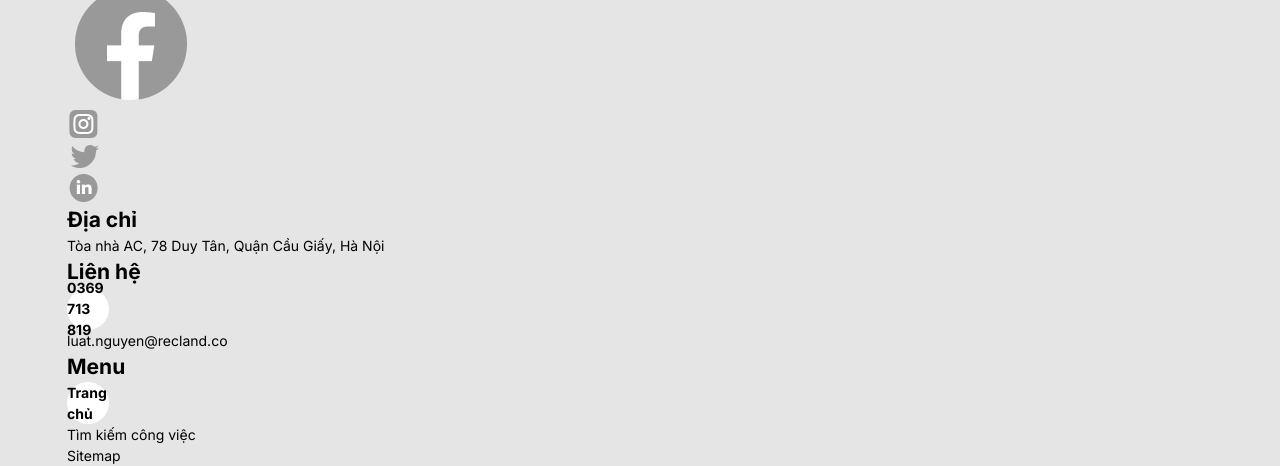
Repository: NguyenDucQuyen0507/Figma
Page: index.html
These files come from the project's save history. The page is drawn as it stood at one moment and after the next save; the edit follows.
The browser window is 1280 px wide. The pictures show the part of the page from y = 3608 to 4074 px (the page is 4074 px tall before and 4053 px after).
A picture or video elsewhere on the page could not be fetched, so the positions and the page height are approximate.

Above is the page before, as saved 2023-02-15 22:48:37.

### index.html
<!DOCTYPE html>
<html lang="en">
  <head>
    <meta charset="UTF-8" />
    <meta http-equiv="X-UA-Compatible" content="IE=edge" />
    <meta name="viewport" content="width=device-width, initial-scale=1.0" />
    <title>Document</title>
    <link
      href="https://fonts.googleapis.com/css2?family=Inter:wght@400;500;600;700&display=swap"
      rel="stylesheet"
    />
    <link rel="stylesheet" href="./assets/css/base.css" />
    <link rel="stylesheet" href="./assets/css/style.css" />
    <link rel="stylesheet" href="./assets/css/reset.css" />
  </head>
  <body>
    <!-- Bem -->
    <!-- <header class="header">
      <div class="header__menu">
        <ul class="header-menu__list">
          <li class="header-menu__item"></li>
        </ul>
      </div>
    </header>
    <div class="container">
      <div class="container__menu">
        <ul class="container-menu__list">
          <li class="container-menu__item"></li>
        </ul>
      </div>
    </div> -->
    <!-- Header -->
    <header class="header">
      <div class="wrapper header--wrap">
        <div class="logo">
          <img src="./assets/image/logo.png" alt="" />
        </div>
        <nav class="header--nav">
          <ul class="header--nav__list">
            <li class="header--nav__item">
              <a href="#" class="header--nav__link button">Tất cả các Job</a>
            </li>
            <li class="header--nav__item">
              <div class="header--nav__link button btn--dangky">Đăng ký</div>
            </li>
            <li class="header--nav__item">
              <a href="" class="header--nav__link road"></a>
            </li>
            <li class="header--nav__item">
              <a href="#" class="header--nav__link button btn--dangnhap"
                >Đăng nhập</a
              >
            </li>
          </ul>
        </nav>
      </div>
    </header>
    <!-- End Header -->

    <!-- banner -->
    <div class="banner">
      <img src="./assets/image/banner.png" alt="" />
    </div>
    <!-- end banner -->
    <div class="wrapper">
      <!-- Form search layout -->
      <div class="form-search-layout">
        <form class="form-search">
          <div class="form-search__input">
            <img src="./assets/image/search-normal.svg" alt="" width="20px" />
            <input
              type="text"
              placeholder="Nhập vị trí hoặc từ khóa..."
              id="form-search__input"
            />
          </div>
          <div class="form-search__road road"></div>
          <div class="form-search__address">
            <div class="form-search__left">
              <svg
                width="15"
                height="21"
                viewBox="0 0 18 21"
                fill="none"
                xmlns="http://www.w3.org/2000/svg"
              >
                <path
                  fill-rule="evenodd"
                  clip-rule="evenodd"
                  d="M11.5 9.01314C11.5 7.63187 10.3808 6.51263 9.00051 6.51263C7.61924 6.51263 6.5 7.63187 6.5 9.01314C6.5 10.3934 7.61924 11.5126 9.00051 11.5126C10.3808 11.5126 11.5 10.3934 11.5 9.01314Z"
                  stroke="#999999"
                  stroke-width="1.5"
                  stroke-linecap="round"
                  stroke-linejoin="round"
                />
                <path
                  fill-rule="evenodd"
                  clip-rule="evenodd"
                  d="M8.99951 19.5126C7.80104 19.5126 1.5 14.411 1.5 9.07592C1.5 4.89927 4.8571 1.51263 8.99951 1.51263C13.1419 1.51263 16.5 4.89927 16.5 9.07592C16.5 14.411 10.198 19.5126 8.99951 19.5126Z"
                  stroke="#999999"
                  stroke-width="1.5"
                  stroke-linecap="round"
                  stroke-linejoin="round"
                />
              </svg>
              <span>Chọn địa điểm ...</span>
            </div>
            <svg
              width="20"
              height="25"
              viewBox="0 0 24 25"
              fill="none"
              xmlns="http://www.w3.org/2000/svg"
            >
              <path
                d="M19.92 9.46265L13.4 15.9826C12.63 16.7526 11.37 16.7526 10.6 15.9826L4.07999 9.46265"
                stroke="#999999"
                stroke-width="1.5"
                stroke-miterlimit="10"
                stroke-linecap="round"
                stroke-linejoin="round"
              />
            </svg>
          </div>
          <button class="button btn--dangnhap">Tìm Kiếm</button>
        </form>
      </div>
      <!-- list -->
      <div class="suggest-about">
        <span>Đề xuất:</span>
        <ul class="suggest-item">
          <li class="suggest-list">ReactJS</li>
          <li class="suggest-list">VueJS</li>
          <li class="suggest-list">Angular</li>
          <li class="suggest-list">Angular</li>
          <li class="suggest-list">.NET</li>
          <li class="suggest-list">PHP</li>
          <li class="suggest-list">Java</li>
          <li class="suggest-list">Mobile</li>
        </ul>
      </div>
      <!-- End list -->
      <!-- job -->
      <div class="job-wrapper">
        <div class="job-header">
          <div class="job-heading">
            <div class="job-heading-cirle">
              <img src="./assets/image/Vector.png" alt="heart" />
            </div>
          </div>
          <span class="heading">Jobs tốt nhất</span>
        </div>
        <a href="#" class="job-list">Xem tất cả</a>
        <!-- end job -->
      </div>
      <!-- job cart -->
      <ul class="job-cart">
        <li class="job-cart_list">
          <div class="job-cart_header">
            <div class="job-cart_img">
              <img src="./assets/image/logo-cart.png" alt="cart" />
              <span class="">Data Engineer</span>
            </div>
            <div class="job-cart_title">Full-time</div>
          </div>
          <div class="job-cart_boder"></div>
          <div class="job-cart_body">
            <div class="job-cart_rose">
              <span class="job-cart_title">Hoa hồng</span>
              <div class="job-cart_vnd">
                <p class="job-cart_price">12,000,000</p>
                <span>VNĐ</span>
              </div>
            </div>
            <div class="job-cart_reward">
              <div class="job-cart_title">Thưởng</div>
              <div class="job-cart_vnd">
                <p class="job-cart_price">50,000,000</p>
                <span>VNĐ</span>
              </div>
            </div>
          </div>
          <div class="job-cart_footer">
            <div class="job-cart_address">
              <span>Hà Nội</span>
              <span>Onboard</span>
            </div>
            <div class="job-cart_btn">PREMIUM</div>
          </div>
        </li>
        <li class="job-cart_list">
          <div class="job-cart_header">
            <div class="job-cart_img">
              <img src="./assets/image/job1.png" alt="cart" />
              <span class="">Data Engineer</span>
            </div>
            <div class="job-cart_title">Full-time</div>
          </div>
          <div class="job-cart_boder"></div>
          <div class="job-cart_body">
            <div class="job-cart_rose">
              <span class="job-cart_title">Hoa hồng</span>
              <div class="job-cart_vnd">
                <p class="job-cart_price">12,000,000</p>
                <span>VNĐ</span>
              </div>
            </div>
            <div class="job-cart_reward">
              <div class="job-cart_title">Thưởng</div>
              <div class="job-cart_vnd">
                <p class="job-cart_price">50,000,000</p>
                <span>VNĐ</span>
              </div>
            </div>
          </div>
          <div class="job-cart_footer">
            <div class="job-cart_address">
              <span>Hà Nội</span>
              <span>Onboard</span>
            </div>
            <div class="job-cart_btn">PREMIUM</div>
          </div>
        </li>
        <li class="job-cart_list">
          <div class="job-cart_header">
            <div class="job-cart_img">
              <img src="./assets/image/job2.png" alt="cart" />
              <span class="">Data Engineer</span>
            </div>
            <div class="job-cart_title">Full-time</div>
          </div>
          <div class="job-cart_boder"></div>
          <div class="job-cart_body">
            <div class="job-cart_rose">
              <span class="job-cart_title">Hoa hồng</span>
              <div class="job-cart_vnd">
                <p class="job-cart_price">12,000,000</p>
                <span>VNĐ</span>
              </div>
            </div>
            <div class="job-cart_reward">
              <div class="job-cart_title">Thưởng</div>
              <div class="job-cart_vnd">
                <p class="job-cart_price">50,000,000</p>
                <span>VNĐ</span>
              </div>
            </div>
          </div>
          <div class="job-cart_footer">
            <div class="job-cart_address">
              <span>Hà Nội</span>
              <span>Onboard</span>
            </div>
            <div class="job-cart_btn">PREMIUM</div>
          </div>
        </li>
        <li class="job-cart_list">
          <div class="job-cart_header">
            <div class="job-cart_img">
              <img src="./assets/image/logo-cart.png" alt="cart" />
              <span class="">Data Engineer</span>
            </div>
            <div class="job-cart_title">Full-time</div>
          </div>
          <div class="job-cart_boder"></div>
          <div class="job-cart_body">
            <div class="job-cart_rose">
              <span class="job-cart_title">Hoa hồng</span>
              <div class="job-cart_vnd">
                <p class="job-cart_price">12,000,000</p>
                <span>VNĐ</span>
              </div>
            </div>
            <div class="job-cart_reward">
              <div class="job-cart_title">Thưởng</div>
              <div class="job-cart_vnd">
                <p class="job-cart_price">50,000,000</p>
                <span>VNĐ</span>
              </div>
            </div>
          </div>
          <div class="job-cart_footer">
            <div class="job-cart_address">
              <span>Hà Nội</span>
              <span>Onboard</span>
            </div>
            <div class="job-cart_btn">PREMIUM</div>
          </div>
        </li>
        <li class="job-cart_list">
          <div class="job-cart_header">
            <div class="job-cart_img">
              <img src="./assets/image/logo-cart.png" alt="cart" />
              <span class="">Data Engineer</span>
            </div>
            <div class="job-cart_title">Full-time</div>
          </div>
          <div class="job-cart_boder"></div>
          <div class="job-cart_body">
            <div class="job-cart_rose">
              <span class="job-cart_title">Hoa hồng</span>
              <div class="job-cart_vnd">
                <p class="job-cart_price">12,000,000</p>
                <span>VNĐ</span>
              </div>
            </div>
            <div class="job-cart_reward">
              <div class="job-cart_title">Thưởng</div>
              <div class="job-cart_vnd">
                <p class="job-cart_price">50,000,000</p>
                <span>VNĐ</span>
              </div>
            </div>
          </div>
          <div class="job-cart_footer">
            <div class="job-cart_address">
              <span>Hà Nội</span>
              <span>Onboard</span>
            </div>
            <div class="job-cart_btn">PREMIUM</div>
          </div>
        </li>
        <li class="job-cart_list">
          <div class="job-cart_header">
            <div class="job-cart_img">
              <img src="./assets/image/logo-cart.png" alt="cart" />
              <span class="">Data Engineer</span>
            </div>
            <div class="job-cart_title">Full-time</div>
          </div>
          <div class="job-cart_boder"></div>
          <div class="job-cart_body">
            <div class="job-cart_rose">
              <span class="job-cart_title">Hoa hồng</span>
              <div class="job-cart_vnd">
                <p class="job-cart_price">12,000,000</p>
                <span>VNĐ</span>
              </div>
            </div>
            <div class="job-cart_reward">
              <div class="job-cart_title">Thưởng</div>
              <div class="job-cart_vnd">
                <p class="job-cart_price">50,000,000</p>
                <span>VNĐ</span>
              </div>
            </div>
          </div>
          <div class="job-cart_footer">
            <div class="job-cart_address">
              <span>Hà Nội</span>
              <span>Onboard</span>
            </div>
            <div class="job-cart_btn">PREMIUM</div>
          </div>
        </li>
      </ul>
      <!-- end job cart -->
      <!-- introduction -->
      <div class="job-introduction">
        <div class="job-introduction_header">
          <p class="job-introduction_heading">Why?</p>
          <h2 class="heading">Tại Sao Lựa Chọn Recland?</h2>
        </div>
        <ul class="job-introduction_item">
          <li class="job-introduction_list">
            <img
              src="./assets/image/intro1.svg"
              alt=""
              class="job-introduction_img"
            />
            <h2 class="job-introduction_title">
              Đa dạng việc làm, thêm nhiều lựa chọn hấp dẫn
            </h2>
            <p class="job-introduction_des">
              Hơn 200+ việc làm IT, giúp các bạn REC có một kho việc làm để các
              bạn tìm kiếm, sale jobs đến những ứng viên phù hợp.
            </p>
          </li>
          <li class="job-introduction_list">
            <img
              src="./assets/image/intro3.svg"
              alt=""
              class="job-introduction_img"
            />
            <h2 class="job-introduction_title">
              Đa dạng việc làm, thêm nhiều lựa chọn hấp dẫn
            </h2>
            <p class="job-introduction_des">
              Hơn 200+ việc làm IT, giúp các bạn REC có một kho việc làm để các
              bạn tìm kiếm, sale jobs đến những ứng viên phù hợp.
            </p>
          </li>
          <li class="job-introduction_list">
            <img
              src="./assets/image/intro2.svg"
              alt=""
              class="job-introduction_img"
            />
            <h2 class="job-introduction_title">
              Đa dạng việc làm, thêm nhiều lựa chọn hấp dẫn
            </h2>
            <p class="job-introduction_des">
              Hơn 200+ việc làm IT, giúp các bạn REC có một kho việc làm để các
              bạn tìm kiếm, sale jobs đến những ứng viên phù hợp.
            </p>
          </li>
        </ul>
      </div>
      <!-- end introduction -->
      <!-- patner -->
      <div class="job-patner">
        <div class="job-patner_header">
          <h2 class="heading">Đối tác</h2>
        </div>
        <ul class="job-patner_item">
          <li class="job-patner_list">
            <img src="./assets/image/patner.svg" alt="" />
          </li>
          <li class="job-patner_list">
            <img src="./assets/image/patner.svg" alt="" />
          </li>
          <li class="job-patner_list">
            <img src="./assets/image/patner.svg" alt="" />
          </li>
          <li class="job-patner_list">
            <img src="./assets/image/patner.svg" alt="" />
          </li>
          <li class="job-patner_list">
            <img src="./assets/image/patner.svg" alt="" />
          </li>
        </ul>
        <ul class="job-patner_cirle">
          <li class="job-patner_listCirle"></li>
          <li class="job-patner_listCirle"></li>
          <li class="job-patner_listCirle"></li>
          <li class="job-patner_listCirle"></li>
        </ul>
      </div>
      <!-- end patner -->
      <!-- process working -->
      <div class="job-working">
        <div class="job-introduction_header">
          <p class="job-introduction_heading">Quy trình làm việc</p>
          <h2 class="heading">Hợp tác cùng RecLand</h2>
        </div>
        <ul class="job-working_item">
          <li class="job-working_list">
            <div class="job-working_cirle">
              <div class="job-working_cirleGray">
                <span>1</span>
              </div>
            </div>
            <img src="./assets/image/Add.svg" alt="" />
            <h3 class="job-working_create">Tạo một tài khoản</h3>
            <p class="job-working_des">Trở thành member trên RecLand</p>
          </li>
          <li class="job-working_list">
            <div class="job-working_cirle">
              <div class="job-working_cirleGray">
                <span>2</span>
              </div>
            </div>
            <img src="./assets/image/Search.svg" alt="" />
            <h3 class="job-working_create">Tạo một tài khoản</h3>
            <p class="job-working_des">
              Tìm kiếm công việc phù hợp để mời ứng viên
            </p>
          </li>
          <li class="job-working_list">
            <div class="job-working_cirle">
              <div class="job-working_cirleGray">
                <span>3</span>
              </div>
            </div>
            <img src="./assets/image/Shield.svg" alt="" />
            <h3 class="job-working_create">Tạo một tài khoản</h3>
            <p class="job-working_des">
              Giới thiệu ứng viên vào các vị trí đang tuyển, process ứng viên và
              nhận kết quả
            </p>
          </li>
        </ul>
      </div>
      <!-- end process working -->
      <!-- SubBanner -->
      <div class="job-subbaner">
        <div class="job-subbanerLeft">
          <div class="job-heading">
            <div class="job-heading-cirle">
              <img src="./assets/image/Vector.png" alt="heart" />
            </div>
          </div>
          <div class="">
            <h3 class="job-subbaner_want">Bạn muốn đến với Recland</h3>
            <p class="job-subbaner_help">
              Chúng tôi sẽ giúp bạn thành công trên con đường Recer
            </p>
          </div>
        </div>
        <div class="job-subbanerRight">
          <a href="" class="button btn--dangnhap">Đăng kí ngay</a>
        </div>
      </div>
      <!-- end Subbanner -->
      <!-- Footer -->
      <div class="job-footer">
        <div class="job-footer_top">
          <form action="" class="job-footer_form">
            <input
              type="email"
              class="job-footer_input"
              id=""
              name=""
              placeholder="Enter your email address"
            />
            <button type="submit" class="job-footer_btn">
              <svg
                class="job-footer-svg"
                width="50"
                height="50"
                viewBox="0 0 50 50"
                fill="none"
                xmlns="http://www.w3.org/2000/svg"
              >
                <rect
                  width="50"
                  height="50"
                  rx="8"
                  fill="url(#paint0_linear_3_811)"
                />
                <path
                  fill-rule="evenodd"
                  clip-rule="evenodd"
                  d="M24.4932 25.4382C24.4932 25.4382 12.5166 22.9606 16.6785 20.5581C20.1907 18.5308 32.2946 15.0452 33.9856 15.9458C34.8862 17.6368 31.4007 29.7408 29.3734 33.2529C26.9708 37.4149 24.4932 25.4382 24.4932 25.4382Z"
                  stroke="white"
                  stroke-width="1.5"
                  stroke-linecap="round"
                  stroke-linejoin="round"
                />
                <path
                  d="M24.4932 25.4382L33.9856 15.9458"
                  stroke="white"
                  stroke-width="1.5"
                  stroke-linecap="round"
                  stroke-linejoin="round"
                />
                <defs>
                  <linearGradient
                    id="paint0_linear_3_811"
                    x1="0"
                    y1="25"
                    x2="50"
                    y2="25"
                    gradientUnits="userSpaceOnUse"
                  >
                    <stop stop-color="#EF463A" />
                    <stop offset="1" stop-color="#FCA939" />
                  </linearGradient>
                </defs>
              </svg>
            </button>
          </form>
          <div class="job-footer_right">
            <div class="job-footer_work">
              <div class="job-footer_cirle">
                <div class="job-footer_number">199</div>
              </div>
              <span>Công việc</span>
            </div>
            <div class="job-footer_work">
              <div class="job-footer_cirle">
                <div class="job-footer_number">93</div>
              </div>
              <span>Công ty</span>
            </div>
          </div>
        </div>
        <div class="job-footer_button">
          <ul class="job-footer_list">
            <li class="job-footer_item">
              <div class="job-footer_logo">
                <img src="./assets/image/logo.png" alt="" />
              </div>
              <div class="job-footer_social">
                <img src="./assets/image/Facebook.png" alt="fb" />
                <img src="./assets/image/instagram.png" alt="ins" />
                <img src="./assets/image/twitter.png" alt="tw" />
                <img src="./assets/image/linkedin.png" alt="li" />
              </div>
            </li>
            <li class="job-footer_item">
              <h2 class="job-footer_heading">Địa chỉ</h2>
              <p class="job-footer_town">
                Tòa nhà AC, 78 Duy Tân, Quận Cầu Giấy, Hà Nội
              </p>
            </li>
            <li class="job-footer_item">
              <h2 class="job-footer_heading">Liên hệ</h2>
              <p class="job-footer_number">0369 713 819</p>
              <p class="job-footer_email">luat.nguyen@recland.co</p>
            </li>
            <li class="job-footer_item">
              <h2 class="job-footer_heading">Menu</h2>
              <p class="job-footer_number">Trang chủ</p>
              <p class="job-footer_email">Tìm kiếm công việc</p>
              <p>Sitemap</p>
            </li>
          </ul>
        </div>
      </div>
      <!-- end Footer -->
    </div>
    <!-- End Form search layout -->
  </body>
</html>

### assets/css/base.css
:root {
  --primary: #021a84;
  --secondary: #fe4c4c;
  --text: #171717;
  --gray: #999999;
  --light-gray: #e5e5e5;
  --green-text: #2ada66;
  --purple-text: #021a84;
  --red-text: #e5532a;
  --green-gradient: linear-gradient(
      0deg,
      rgba(255, 255, 255, 0.6),
      rgba(255, 255, 255, 0.6)
    ),
    #2ada66;
  --purple-gradient: linear-gradient(
      0deg,
      rgba(255, 255, 255, 0.6),
      rgba(255, 255, 255, 0.6)
    ),
    #021a84;
  --red-gradient: linear-gradient(
      0deg,
      rgba(255, 255, 255, 0.6),
      rgba(255, 255, 255, 0.6)
    ),
    #e5532a;
}
html,
body {
  font-family: "Inter", sans-serif;
  font-size: 14px;
  background-color: var(--light-gray);
}
/* Vì các thuộc tính đều nằm giữa */
.wrapper {
  max-width: 1146px;
  width: 100%;
  margin: 0 auto;
}
.button {
  min-width: 149px;
  height: 44px;
  display: flex;
  align-items: center;
  justify-content: center;
  padding: 8px 16px;
  font-size: 15px;
  font-weight: 500;
  color: inherit;
  border-radius: 8px;
}
.btn--dangky {
  border: 1px solid var(--primary);
}
.btn--dangky:hover {
  background-color: var(--primary);
  color: white;
  transition: all linear 0.3s;
}
.btn--dangnhap {
  background-color: var(--primary);
  color: white;
}
.btn--dangnhap:hover {
  background-color: white;
  border: 1px solid var(--primary);
  color: inherit;
  transition: all linear 0.3s;
}
.heading {
  font-weight: 700;
  font-size: 34px;
  color: #010d42;
}

### assets/css/reset.css
html {
  line-height: 1.5;
  box-sizing: border-box;
  scroll-behavior: smooth;
}
* {
  margin: 0;
  padding: 0;
}
*,
*:before,
*:after {
  box-sizing: border-box;
}
input,
textarea,
select,
button {
  outline: none;
  font: inherit;
}
input {
  line-height: normal;
}
label,
button {
  cursor: pointer;
  user-select: none !important;
}
ul {
  list-style: none;
}
a {
  text-decoration: none;
}
img,
picture,
video,
canvas,
svg {
  display: block;
  max-width: 100%;
  user-select: none !important;
}

p,
h1,
h2,
h3,
h4,
h5,
h6 {
  overflow-wrap: break-word;
}

/* Mobie: width < 740px */
@media only screen and (max-width: 46.1875em) {
  input[type="color"],
  input[type="date"],
  input[type="datetime"],
  input[type="datetime-local"],
  input[type="email"],
  input[type="month"],
  input[type="number"],
  input[type="password"],
  input[type="search"],
  input[type="tel"],
  input[type="text"],
  input[type="time"],
  input[type="url"],
  input[type="week"],
  select:focus,
  textarea {
    font-size: 16px;
  }
}

Loaded but not shown: assets/css/style.css (500 lines, source omitted)

After the next save:
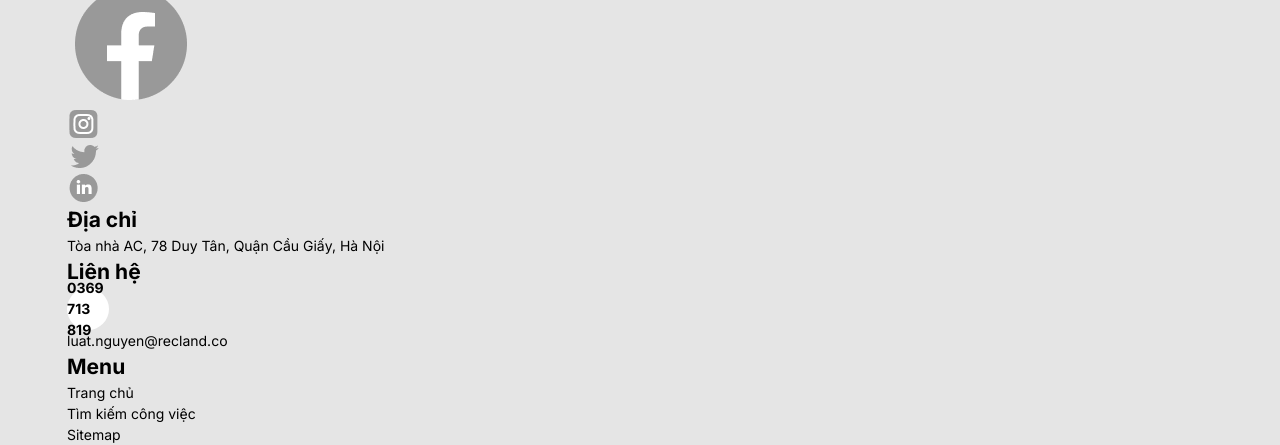
Saved 11 s later.
--- a/index.html
+++ b/index.html
@@ -601,7 +601,7 @@
             </li>
             <li class="job-footer_item">
               <h2 class="job-footer_heading">Menu</h2>
-              <p class="job-footer_number">Trang chủ</p>
+              <p class="job-footer_home">Trang chủ</p>
               <p class="job-footer_email">Tìm kiếm công việc</p>
               <p>Sitemap</p>
             </li>
